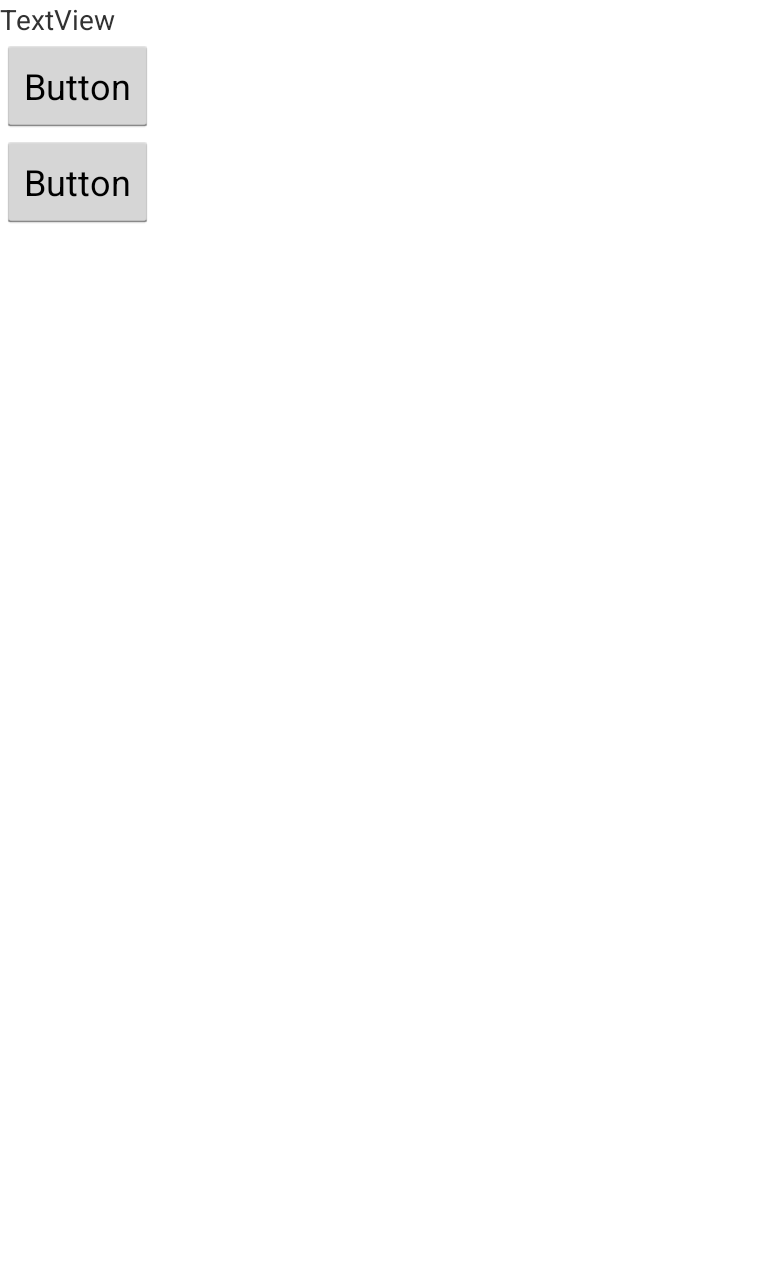
Repository: moetmd/learning-Android
Layout: ServiceDemo/res/layout/activity_main.xml
These files come from the project's save history. The layout is drawn as it stood at one moment and after the next save; the edit follows.
It is drawn on a 768 x 1280 px phone screen (xhdpi) without system bars, with theme AppTheme; the app's code is not run.

Above is the layout before, as saved 2014-11-19 07:09:55.

After the next save:
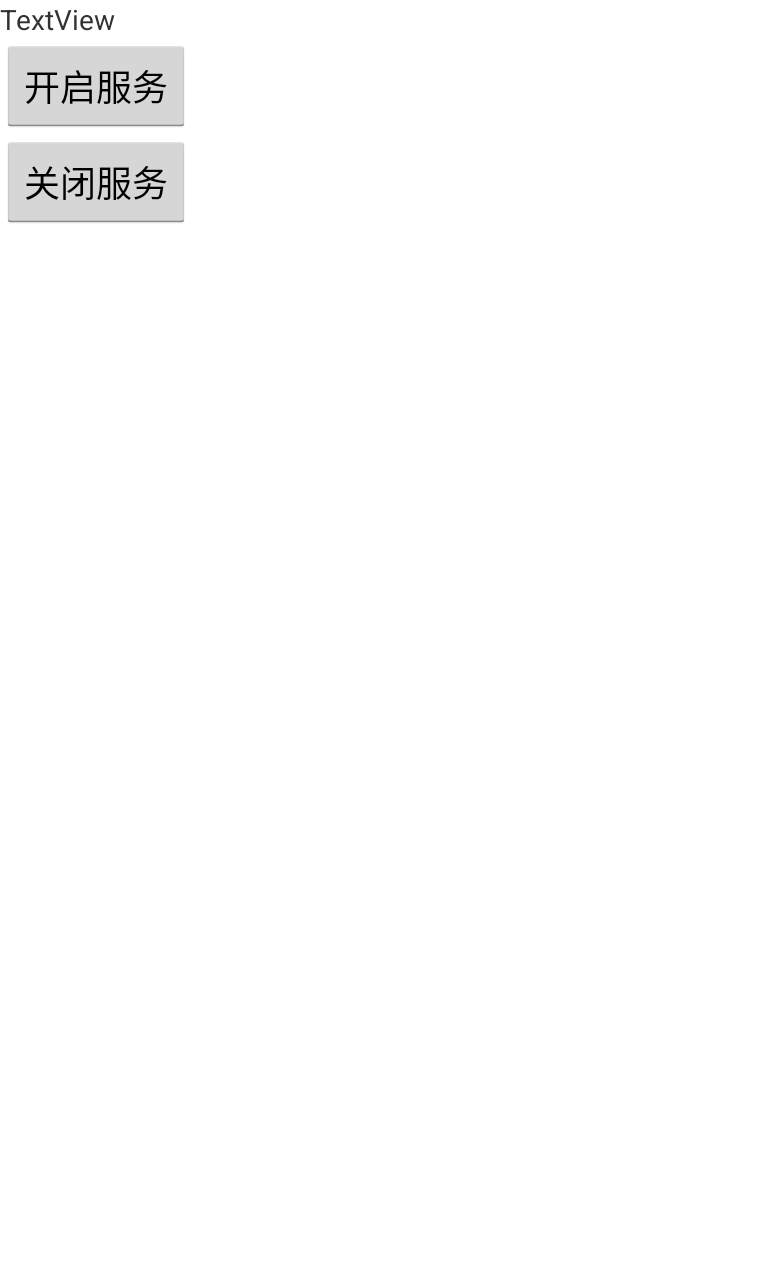
Saved 18 s later.
--- a/ServiceDemo/res/layout/activity_main.xml
+++ b/ServiceDemo/res/layout/activity_main.xml
@@ -21,13 +21,13 @@
             android:id="@+id/bt1"
             android:layout_width="wrap_content"
             android:layout_height="wrap_content"
-            android:text="Button" />
+            android:text="开启服务" />
 
         <Button
             android:id="@+id/bt2"
             android:layout_width="wrap_content"
             android:layout_height="wrap_content"
-            android:text="Button" />
+            android:text="关闭服务" />
 
     </LinearLayout>
 
